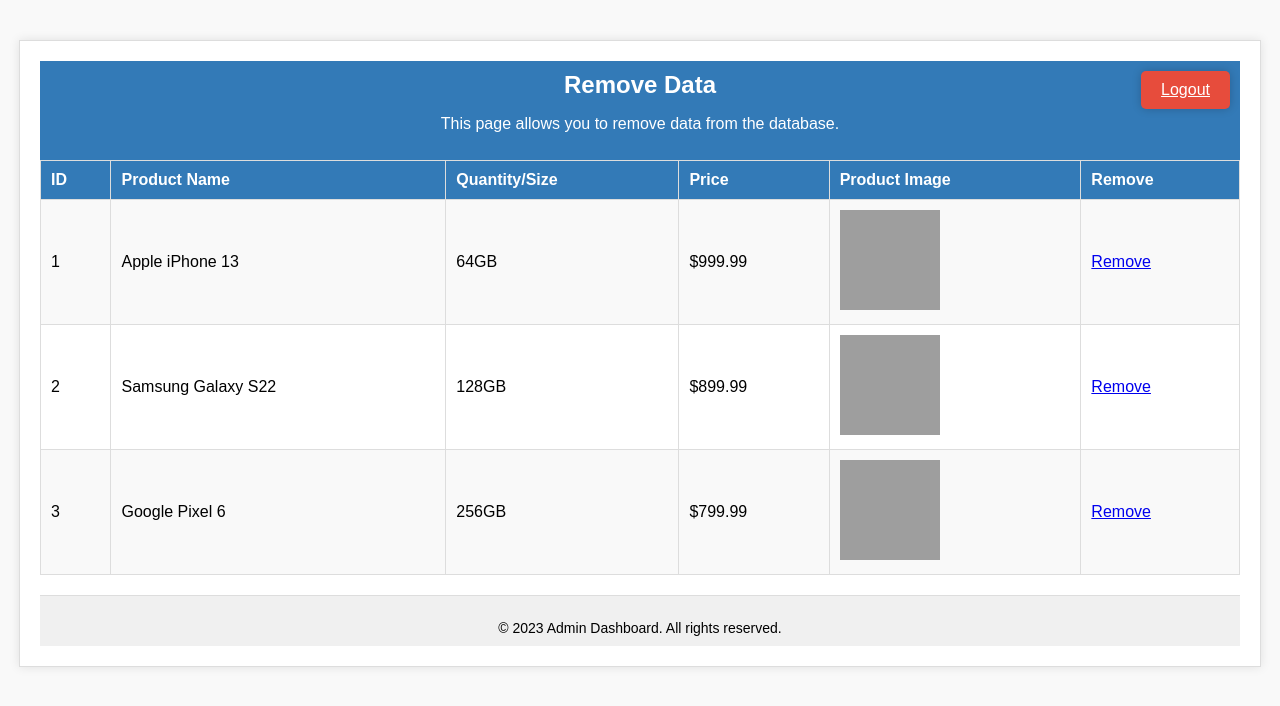
Repository: shamchiwade/GroceryNow
Page: http://localhost/ShopManagement/removeData.jsp
An editor plug-in stored every save of this project. The page is shown before and after the next save, followed by the edit.
The browser window is 1280 px wide. The pictures show the whole page.
Pictures or frames that could not be fetched are drawn as grey boxes. The page is served by Tomcat 10. Nobody is signed in. The application's start-up code is not run.

Above is the page before, as saved 2024-10-05 19:07:49.

After the next save:
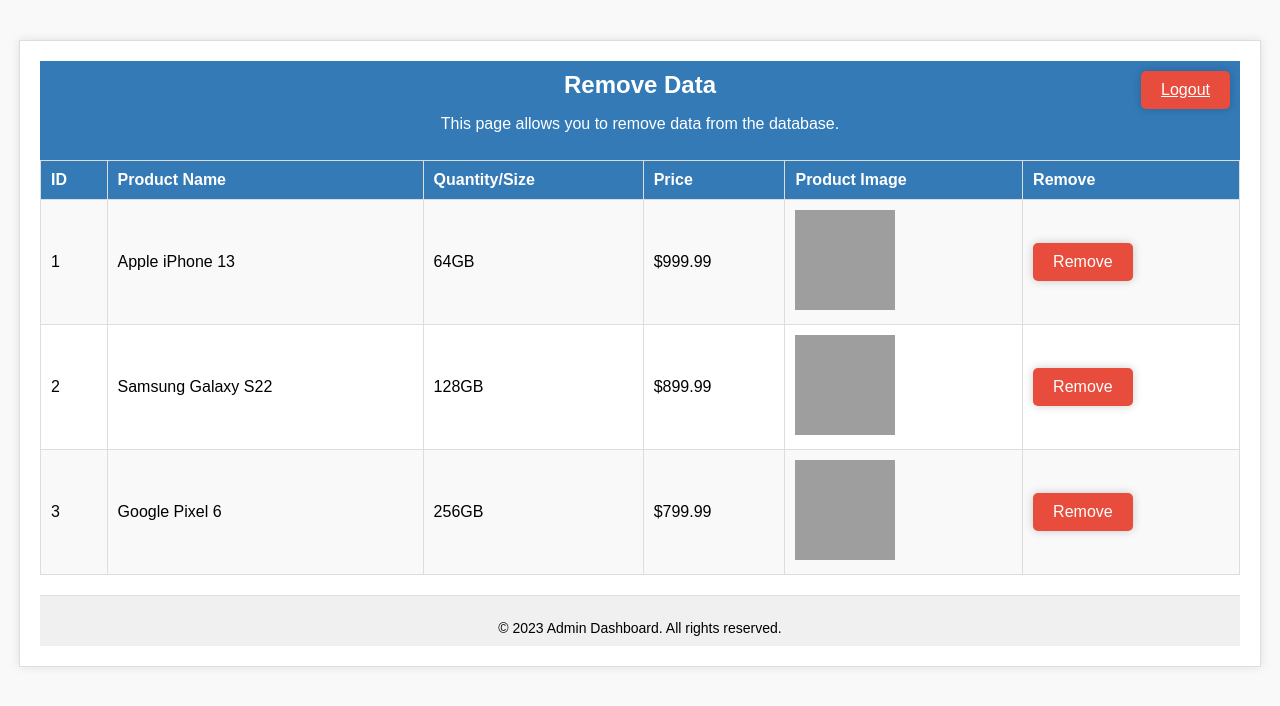
Saved 39 s later.
--- a/ShopManagement/src/main/webapp/removeData.jsp
+++ b/ShopManagement/src/main/webapp/removeData.jsp
@@ -80,6 +80,21 @@
             background-color: #f2f2f2;
         }
 
+        .remove-button {
+            background-color: #e74c3c;
+            color: #fff;
+            padding: 10px 20px;
+            border: none;
+            font-size: 16px;
+            cursor: pointer;
+            border-radius: 5px;
+            box-shadow: 0 0 10px rgba(0, 0, 0, 0.2);
+        }
+
+        .remove-button:hover {
+            background-color: #c0392b;
+        }
+
         .admin-footer {
             background-color: #f0f0f0;
             padding: 10px;
@@ -116,7 +131,7 @@
                 <td>64GB</td>
                 <td>$999.99</td>
                 <td><img src="https://example.com/iphone13.jpg" width="100" height="100"></td>
-                <td><a href="#" class="btn">Remove</a></td>
+                <td><button class="remove-button">Remove</button></td>
             </tr>
             <tr>
                 <td>2</td>
@@ -124,7 +139,7 @@
                 <td>128GB</td>
                 <td>$899.99</td>
                 <td><img src="https://example.com/galaxys22.jpg" width="100" height="100"></td>
-                <td><a href="#" class="btn">Remove</a></td>
+                <td><button class="remove-button">Remove</button></td>
             </tr>
             <tr>
                 <td>3</td>
@@ -132,7 +147,7 @@
                 <td>256GB</td>
                 <td>$799.99</td>
                 <td><img src="https://example.com/pixel6.jpg" width="100" height="100"></td>
-                <td><a href="#" class="btn">Remove</a></td>
+                <td><button class="remove-button">Remove</button></td>
             </tr>
         </table>
         <div class="admin-footer">
